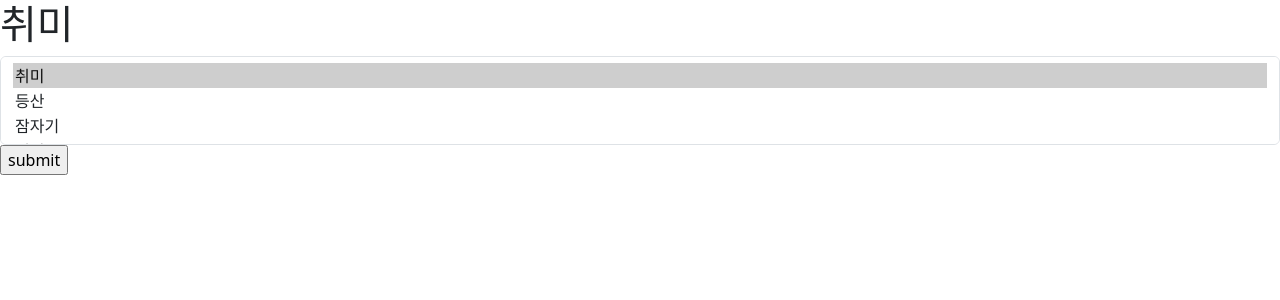
Repository: mi-ci/ai
Page: jsp01/src/main/webapp/ch05/r3.html
The author's editor kept a copy of each file at every save. The page is drawn from the files as they stood at one save, then again after the next save.
The browser window is 1280 px wide. The pictures show the whole page.

Above is the page before, as saved 2024-01-18 07:34:57.

After the next save:
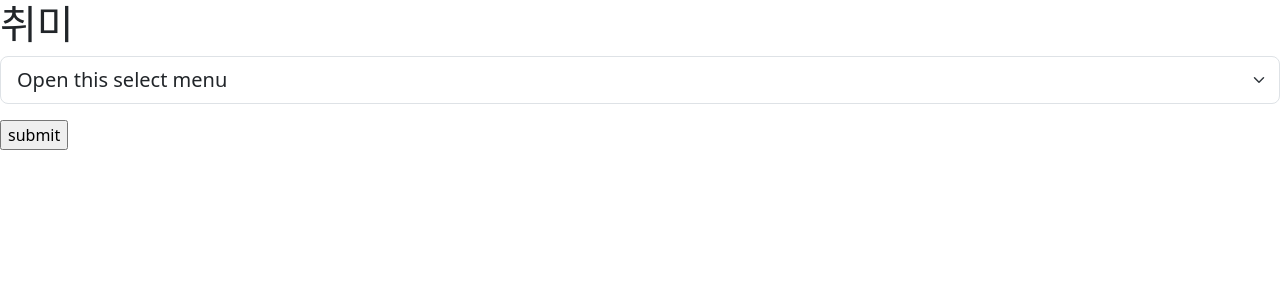
Saved 114 s later.
--- a/jsp01/src/main/webapp/ch05/r3.html
+++ b/jsp01/src/main/webapp/ch05/r3.html
@@ -8,8 +8,8 @@
 <body>
 	<h1>취미</h1>
 	<form action="r3.jsp" method="get">
-	<select class="form-select" size="3" aria-label="Size 3 select example">
-	  <option selected>취미</option>
+	<select class="form-select form-select-lg mb-3" aria-label="Large select example">
+	  <option selected>Open this select menu</option>
 	  <option value="1">등산</option>
 	  <option value="2">잠자기</option>
 	  <option value="3">먹기</option>
